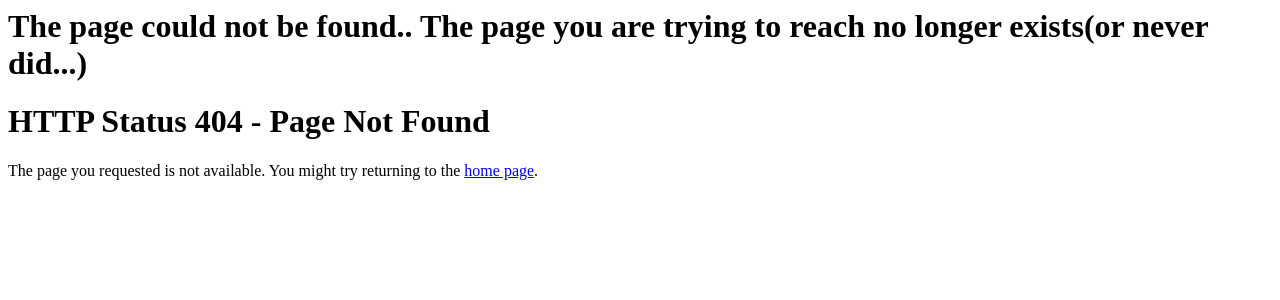
Repository: joelmwood/JavaSpringHelloWorld
Page: http://localhost/HelloSpringMVC/404
The author's editor kept a copy of each file at every save. The page is drawn from the files as they stood at one save, then again after the next save.
The browser window is 1280 px wide. The pictures show the whole page.
The page is served by Tomcat 9.

Above is the page before, as saved 2017-02-23 18:25:15.

After the next save:
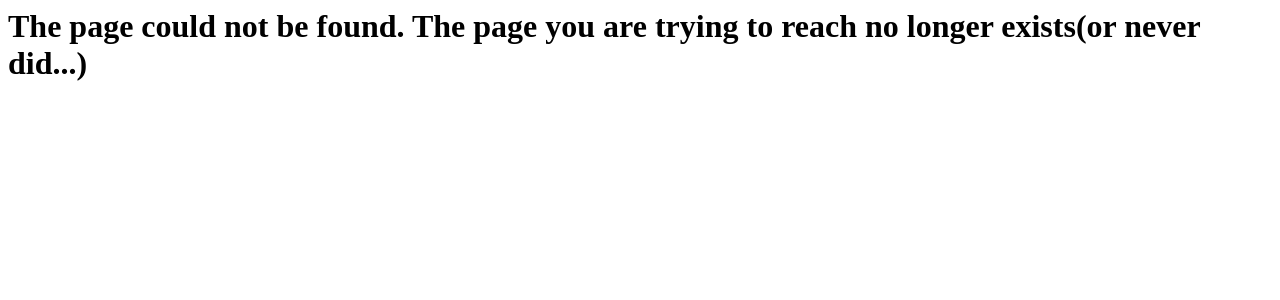
Saved 6 min 25 s later.
--- a/HelloSpringMVC/src/main/webapp/WEB-INF/views/notFound.jsp
+++ b/HelloSpringMVC/src/main/webapp/WEB-INF/views/notFound.jsp
@@ -6,11 +6,13 @@
 </head>
 <body>
 <h1>
-        ${message}. The page you are trying to reach no longer exists(or never did...)
+        ${message} The page you are trying to reach no longer exists(or never did...)
 </h1>
-<div class="http-error-container">
+<!--
+	<div class="http-error-container">
         <h1>HTTP Status 404 - Page Not Found</h1>
         <p class="message-text">The page you requested is not available. You might try returning to the <a href="<c:url value="/"/>">home page</a>.</p>
     </div>
+ -->
 </body>
 </html>
